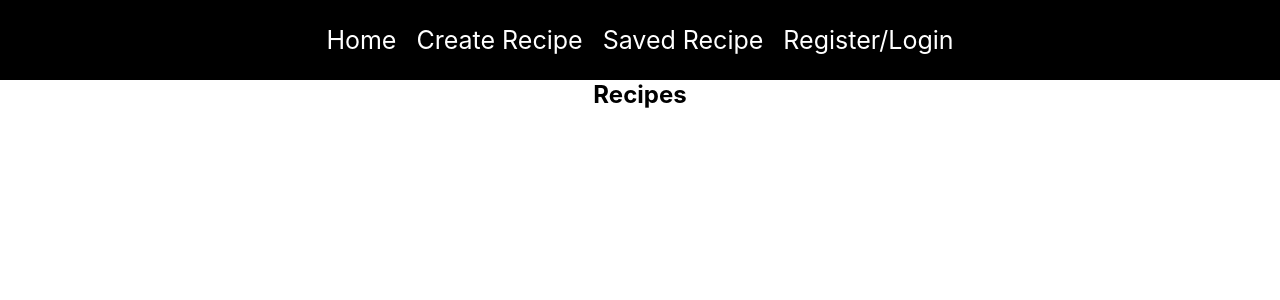
Repository: HAONANTAO/MERN_Recipe
Page: / (app in client/)
The author's editor kept a copy of each file at every save. The page is drawn from the files as they stood at one save, then again after the next save.
The browser window is 1280 px wide. The pictures show the whole page.
The page's requests for data from a server got no answer. The project was rebuilt for these pictures with package versions that can differ from the ones it lists, and the page was loaded fresh each time. No one was signed in, and anything a server would have sent is missing. Also part of the build but not shown: client/src/pages/auth.jsx, client/src/pages/create-recipe.jsx, client/src/pages/saved-recipe.jsx.

Above is the page before, as saved 2024-01-29 22:39:14.

### client/src/index.js
import React from "react";
import ReactDOM from "react-dom/client";

import App from "./App";

const root = ReactDOM.createRoot(document.getElementById("root"));
root.render(
  <React.StrictMode>
    <App />
  </React.StrictMode>,
);

### client/src/App.js
import React from "react";
import { BrowserRouter as Router, Routes, Route } from "react-router-dom";
import { Home } from "./pages/home";
import { Auth } from "./pages/auth";
import { CreateRecipe } from "./pages/create-recipe";
import { SavedRecipe } from "./pages/saved-recipe";
import { Navbar } from "./components/navbar";
import "./App.css";
const App = () => {
  return (
    <div className="App">
      <Router>
        <Navbar />
        <Routes>
          <Route path="/" element={<Home />}></Route>
          <Route path="/auth" element={<Auth />}></Route>
          <Route path="/create-recipe" element={<CreateRecipe />}></Route>
          <Route path="/save-recipe" element={<SavedRecipe />}></Route>
        </Routes>
      </Router>
    </div>
  );
};

export default App;

### client/src/pages/home.jsx
import { useEffect, useState } from "react";
import axios from "axios";
import { useGetUserID } from "../hooks/useGetUserID.js";
export const Home = () => {
  const [recipes, setRecipes] = useState([]);
  const [savedRecipes, setSavedRecipes] = useState([]);
  //拿到菜单

  const userID = useGetUserID();
  //副作用,刚开始初始化一次
  useEffect(() => {
    const fetchRecipe = async () => {
      try {
        //拿到菜单数据
        const response = await axios.get("http://localhost:3001/recipes");
        setRecipes(response.data);
        console.log(recipes);
      } catch (error) {
        console.log(error);
      }
    };
    const fetchSavedRecipes = async () => {
      try {
        const response = await axios.get(
          `http://localhost:3001/recipes/savedRecipes/ids/${userID}`,
        );
        setSavedRecipes(response.data.savedRecipes);
      } catch (err) {
        console.log(err);
      }
    };

    fetchRecipe();
    fetchSavedRecipes();
  }, []);

  const saveRecipe = async (recipeID) => {
    try {
      //拿到菜单数据
      const response = await axios.put("http://localhost:3001/recipes", {
        recipeID,
        userID,
      });
      console.log(response.data);
      setSavedRecipes(response.data.savedRecipes);
    } catch (error) {
      console.log(error);
    }
  };
  return (
    <div>
      <h2>Recipes</h2>
      <ul>
        {recipes.map((recipe) => (
          <li key={recipe._id}>
            <div>
              <h2>{recipe.name}</h2>
              <button onClick={() => saveRecipe(recipe._id)}>Saved</button>
            </div>
            <div className="instruction">
              <p>{recipe.instruction}</p>
            </div>
            <img src={recipe.imageUrl} alt={recipe.name} />
            <p>Cooking Time : {recipe.cookingTime} minutes</p>
          </li>
        ))}
      </ul>
    </div>
  );
};

### client/src/components/navbar.jsx
import { Link } from "react-router-dom";
import { useCookies } from "react-cookie";
import { useNavigate } from "react-router-dom";
export const Navbar = () => {
  const [cookies, setCookies] = useCookies(["access_token"]);
  const navigate = useNavigate();
  const clearToken = () => {
    setCookies("access_token", "");
    window.localStorage.removeItem("userID");
    navigate("/auth");

  };
  return (
    <div className="navbar">
      <Link to={"/"}>Home</Link>
      <Link to={"/create-recipe"}>Create Recipe</Link>
      <Link to={"/save-recipe"}>Saved Recipe</Link>
      {!cookies.access_token ? (
        <Link to={"/auth"}>Register/Login</Link>
      ) : (
        <button onClick={clearToken}>Logout</button>
      )}
    </div>
  );
};

Loaded but not shown: client/src/App.css (common file); client/src/hooks/useGetUserID.js (common file)

After the next save:
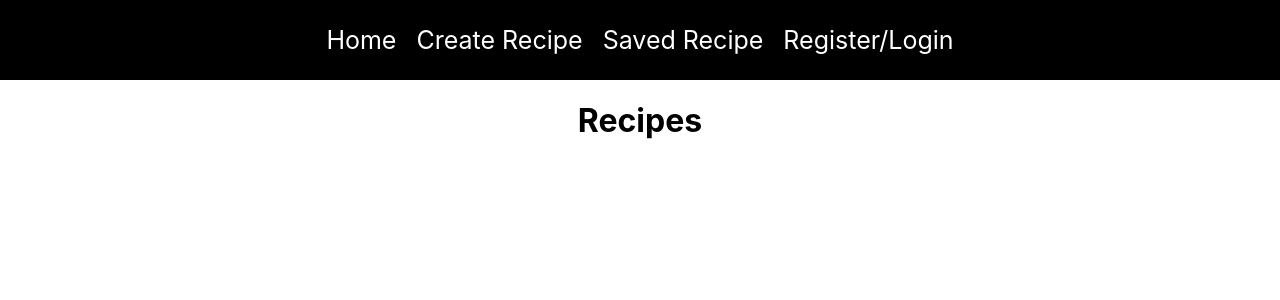
Saved 54 s later.
--- a/client/src/pages/home.jsx
+++ b/client/src/pages/home.jsx
@@ -1,24 +1,23 @@
-import { useEffect, useState } from "react";
+import React, { useEffect, useState } from "react";
+import { useGetUserID } from "../hooks/useGetUserID";
 import axios from "axios";
-import { useGetUserID } from "../hooks/useGetUserID.js";
+
 export const Home = () => {
   const [recipes, setRecipes] = useState([]);
   const [savedRecipes, setSavedRecipes] = useState([]);
-  //拿到菜单
 
   const userID = useGetUserID();
-  //副作用,刚开始初始化一次
+
   useEffect(() => {
-    const fetchRecipe = async () => {
+    const fetchRecipes = async () => {
       try {
-        //拿到菜单数据
         const response = await axios.get("http://localhost:3001/recipes");
         setRecipes(response.data);
-        console.log(recipes);
-      } catch (error) {
-        console.log(error);
+      } catch (err) {
+        console.log(err);
       }
     };
+
     const fetchSavedRecipes = async () => {
       try {
         const response = await axios.get(
@@ -30,38 +29,43 @@
       }
     };
 
-    fetchRecipe();
+    fetchRecipes();
     fetchSavedRecipes();
   }, []);
 
   const saveRecipe = async (recipeID) => {
     try {
-      //拿到菜单数据
       const response = await axios.put("http://localhost:3001/recipes", {
         recipeID,
         userID,
       });
-      console.log(response.data);
       setSavedRecipes(response.data.savedRecipes);
-    } catch (error) {
-      console.log(error);
+    } catch (err) {
+      console.log(err);
     }
   };
+
+  const isRecipeSaved = (id) => savedRecipes.includes(id);
+
   return (
     <div>
-      <h2>Recipes</h2>
+      <h1>Recipes</h1>
       <ul>
         {recipes.map((recipe) => (
           <li key={recipe._id}>
             <div>
               <h2>{recipe.name}</h2>
-              <button onClick={() => saveRecipe(recipe._id)}>Saved</button>
+              <button
+                onClick={() => saveRecipe(recipe._id)}
+                disabled={isRecipeSaved(recipe._id)}>
+                {isRecipeSaved(recipe._id) ? "Saved" : "Save"}
+              </button>
             </div>
-            <div className="instruction">
-              <p>{recipe.instruction}</p>
+            <div className="instructions">
+              <p>{recipe.instructions}</p>
             </div>
             <img src={recipe.imageUrl} alt={recipe.name} />
-            <p>Cooking Time : {recipe.cookingTime} minutes</p>
+            <p>Cooking Time: {recipe.cookingTime} minutes</p>
           </li>
         ))}
       </ul>

After the save that followed:
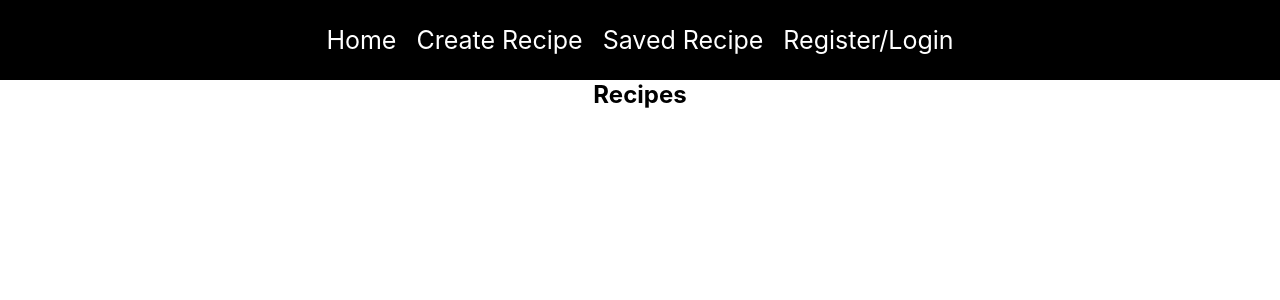
Saved 2 min 9 s later.
--- a/client/src/pages/home.jsx
+++ b/client/src/pages/home.jsx
@@ -1,23 +1,24 @@
-import React, { useEffect, useState } from "react";
-import { useGetUserID } from "../hooks/useGetUserID";
+import { useEffect, useState } from "react";
 import axios from "axios";
-
+import { useGetUserID } from "../hooks/useGetUserID.js";
 export const Home = () => {
   const [recipes, setRecipes] = useState([]);
   const [savedRecipes, setSavedRecipes] = useState([]);
+  //拿到菜单
 
   const userID = useGetUserID();
-
+  //副作用,刚开始初始化一次
   useEffect(() => {
-    const fetchRecipes = async () => {
+    const fetchRecipe = async () => {
       try {
+        //拿到菜单数据
         const response = await axios.get("http://localhost:3001/recipes");
         setRecipes(response.data);
-      } catch (err) {
-        console.log(err);
+        console.log(recipes);
+      } catch (error) {
+        console.log(error);
       }
     };
-
     const fetchSavedRecipes = async () => {
       try {
         const response = await axios.get(
@@ -29,43 +30,38 @@
       }
     };
 
-    fetchRecipes();
+    fetchRecipe();
     fetchSavedRecipes();
   }, []);
 
   const saveRecipe = async (recipeID) => {
     try {
+      //拿到菜单数据
       const response = await axios.put("http://localhost:3001/recipes", {
         recipeID,
         userID,
       });
+      console.log(response.data);
       setSavedRecipes(response.data.savedRecipes);
-    } catch (err) {
-      console.log(err);
+    } catch (error) {
+      console.log(error);
     }
   };
-
-  const isRecipeSaved = (id) => savedRecipes.includes(id);
-
   return (
     <div>
-      <h1>Recipes</h1>
+      <h2>Recipes</h2>
       <ul>
         {recipes.map((recipe) => (
           <li key={recipe._id}>
             <div>
               <h2>{recipe.name}</h2>
-              <button
-                onClick={() => saveRecipe(recipe._id)}
-                disabled={isRecipeSaved(recipe._id)}>
-                {isRecipeSaved(recipe._id) ? "Saved" : "Save"}
-              </button>
+              <button onClick={() => saveRecipe(recipe._id)}>Saved</button>
             </div>
-            <div className="instructions">
-              <p>{recipe.instructions}</p>
+            <div className="instruction">
+              <p>{recipe.instruction}</p>
             </div>
             <img src={recipe.imageUrl} alt={recipe.name} />
-            <p>Cooking Time: {recipe.cookingTime} minutes</p>
+            <p>Cooking Time : {recipe.cookingTime} minutes</p>
           </li>
         ))}
       </ul>
